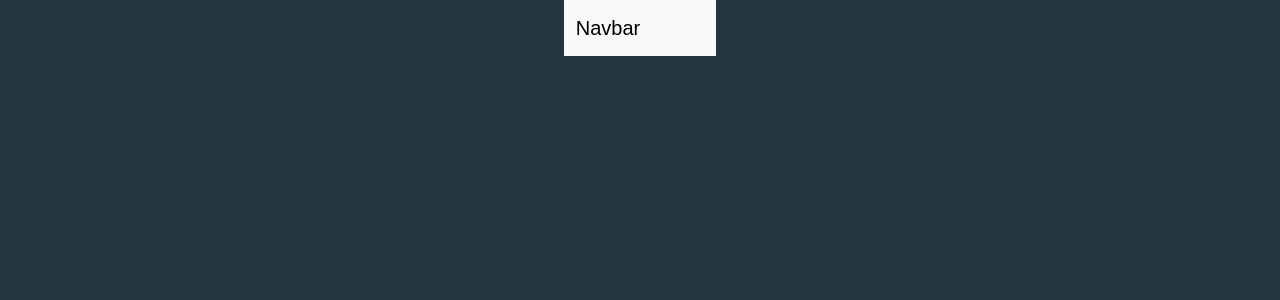
Repository: bodajava/TASK-4
Page: theerdIndex.html
An editor plug-in stored every save of this project. The page is shown before and after the next save, followed by the edit.
The browser window is 1280 px wide. The pictures show the whole page.

Above is the page before, as saved 2025-06-18 05:21:22.

After the next save:
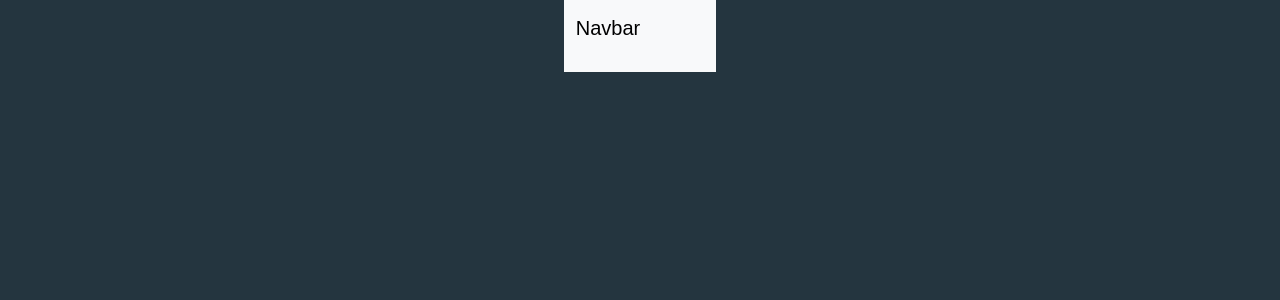
Saved 21 s later.
--- a/theerdIndex.html
+++ b/theerdIndex.html
@@ -11,8 +11,7 @@
   <body>
     <nav class="navbar navbar-expand-lg bg-body-tertiary">
       <div class="container-fluid">
-        <a class="navbar-brand pe-5" href="#">Navbar</a>
-
+        <p class="navbar-brand pe-5" href="#">Navbar</p>
         </div>
       </div>
     </nav>

After the save that followed:
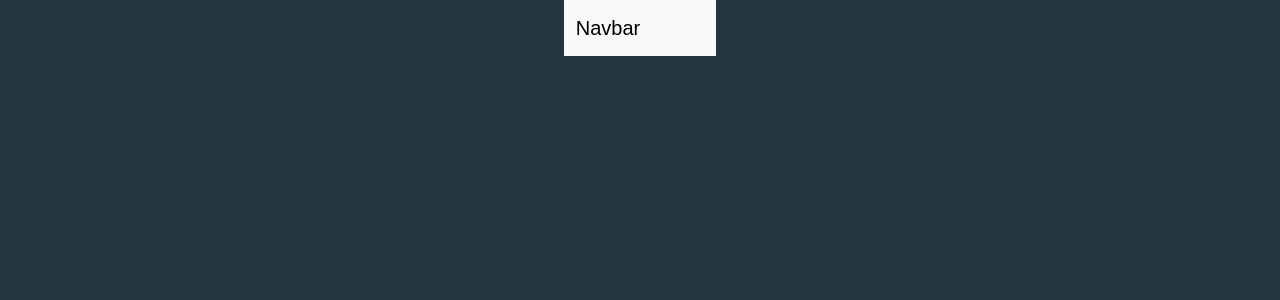
Saved 6 s later.
--- a/theerdIndex.html
+++ b/theerdIndex.html
@@ -11,7 +11,7 @@
   <body>
     <nav class="navbar navbar-expand-lg bg-body-tertiary">
       <div class="container-fluid">
-        <p class="navbar-brand pe-5" href="#">Navbar</p>
+        <a class="navbar-brand pe-5" href="#">Navbar</a>
         </div>
       </div>
     </nav>
